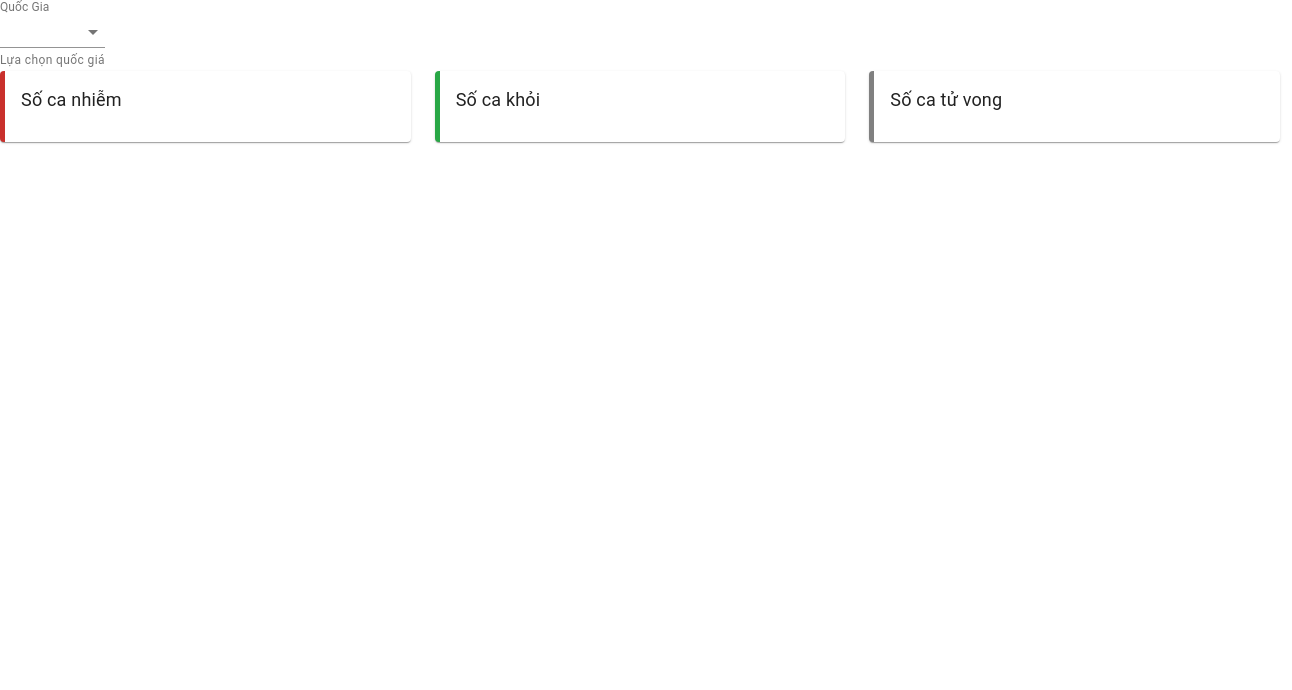
Repository: nguy3nds/covid-app
Page: /
These files come from the project's save history. The page is drawn as it stood at one moment and after the next save; the edit follows.
The browser window is 1280 px wide. The page is 1292 px wide, so the pictures cover 1292 px, including what lies to the right of the window. The pictures show the whole page.
The page's requests for data from a server got no answer. The project was rebuilt for these pictures with package versions that can differ from the ones it lists, and the page was loaded fresh each time. No one was signed in, and anything a server would have sent is missing.

Above is the page before, as saved 2021-10-08 04:38:24.

After the next save:
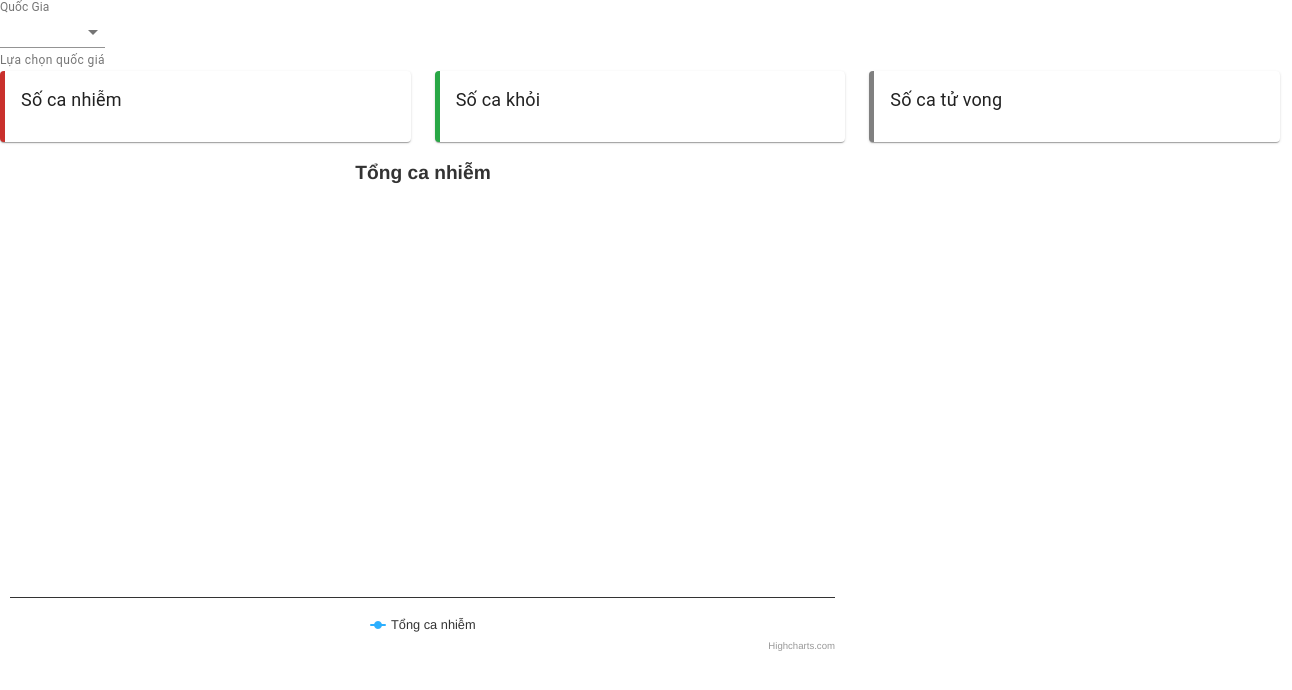
Saved 46 s later.
--- a/src/components/Charts/LineChart/index.js
+++ b/src/components/Charts/LineChart/index.js
@@ -52,5 +52,5 @@ export default function LineChart({ data }) {
     setOptions(generateOption(data));
   }, [data]);
 
-  return <HighchartsReact higcharts={Highchart} options={options} />;
+  return <HighchartsReact highcharts={Highchart} options={options} />;
 }
